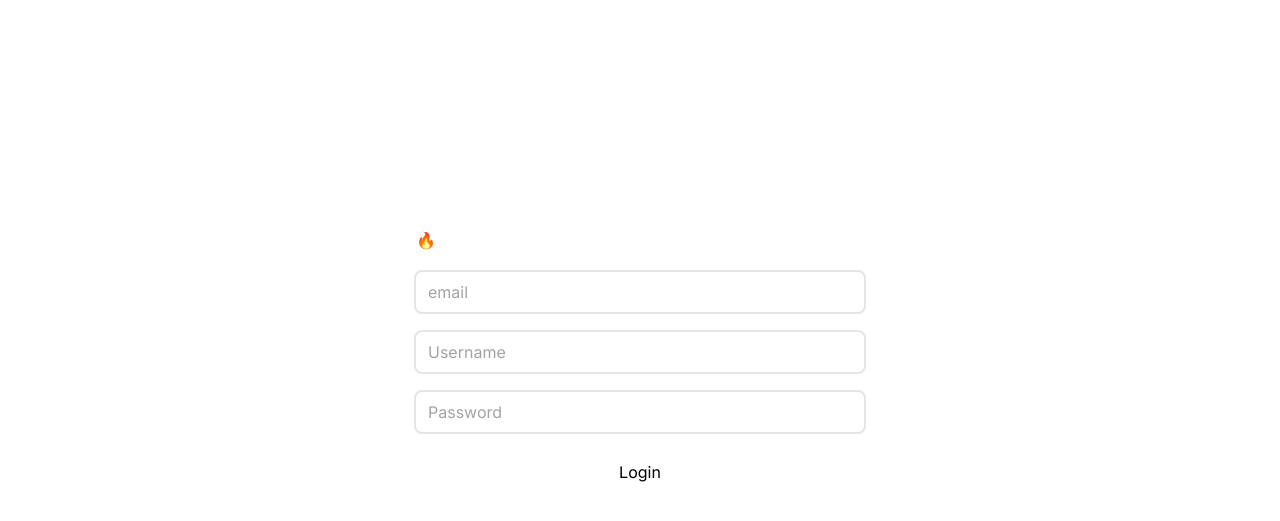
Repository: ParkSeokgyu/tweets
Page: /login
An editor plug-in stored every save of this project. The page is shown before and after the next save, followed by the edit.
The browser window is 1280 px wide. The pictures show the whole page.
The project was rebuilt for these pictures with package versions that can differ from the ones it lists, and the page was loaded fresh each time. The framework's server and built-in components were replaced by stand-ins that run in the browser. Also part of the build but not shown: next.config.mjs.

Above is the page before, as saved 2024-08-14 11:07:41.

After the next save:
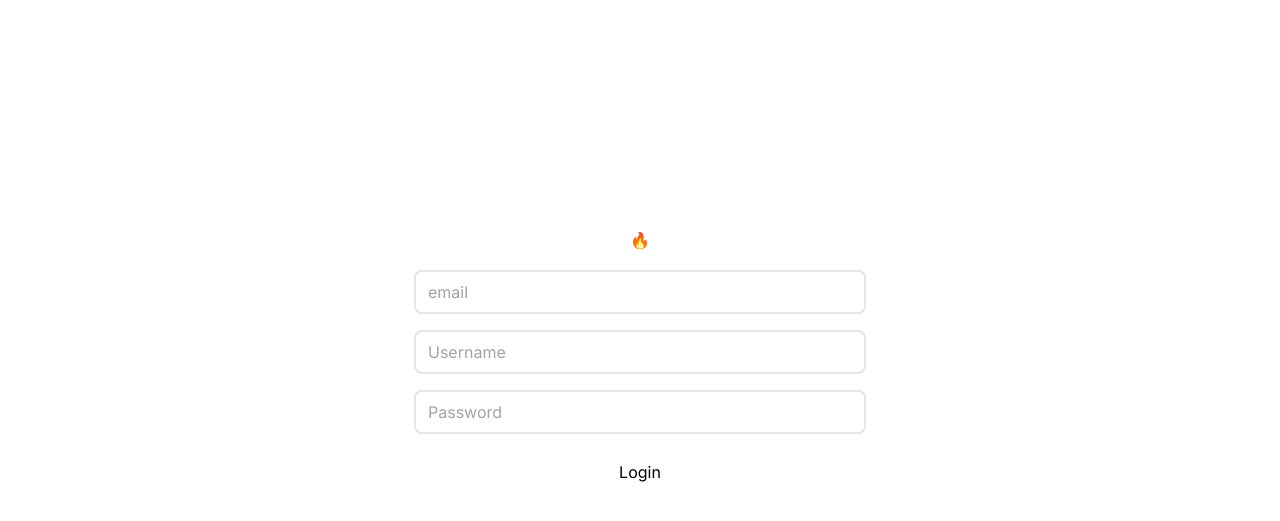
Saved 28 s later.
--- a/app/login/page.tsx
+++ b/app/login/page.tsx
@@ -7,7 +7,7 @@ export default function Login() {
   return (
     <div className="min-h-screen flex items-center justify-center">
       <div className="w-full max-w-md mx-auto flex flex-col gap-5">
-        <div>
+        <div className="text-center">
           <h1>🔥</h1>
         </div>
         <form action="" className="flex flex-col gap-5 w-full">
